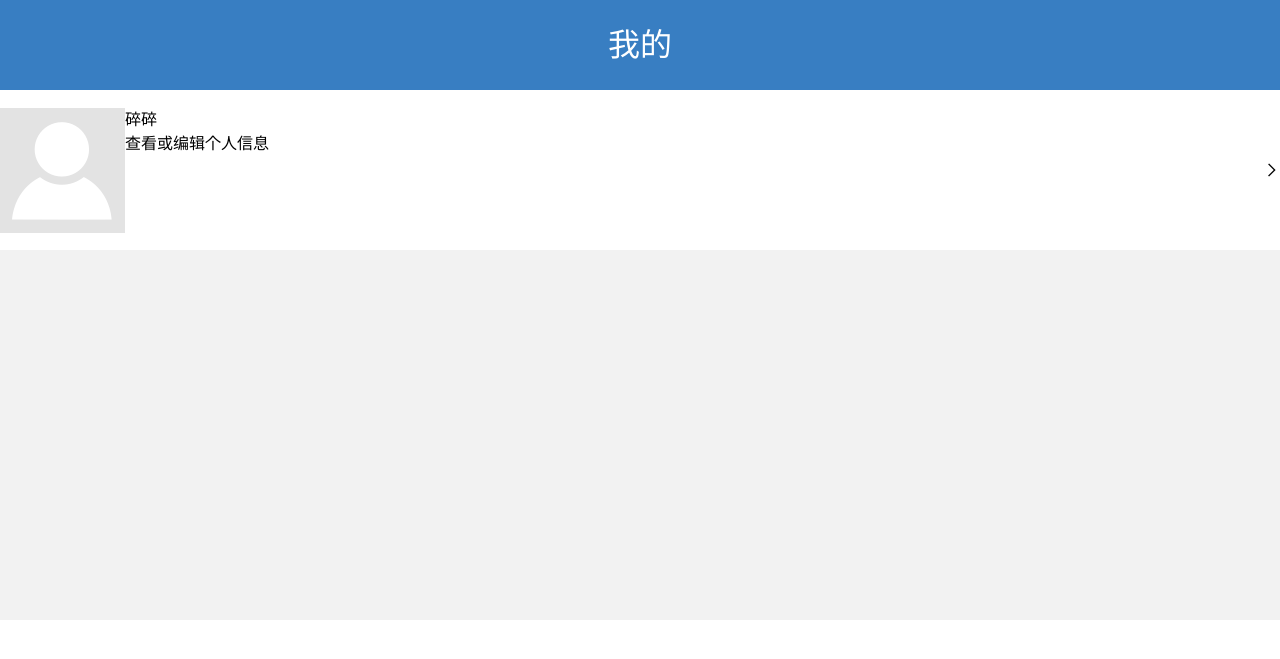
Repository: A1LExX/H5_study_set
Page: myProfile/index.html
An editor plug-in stored every save of this project. The page is shown before and after the next save, followed by the edit.
The browser window is 1280 px wide. The pictures show the whole page.

Above is the page before, as saved 2021-07-12 20:12:30.

After the next save:
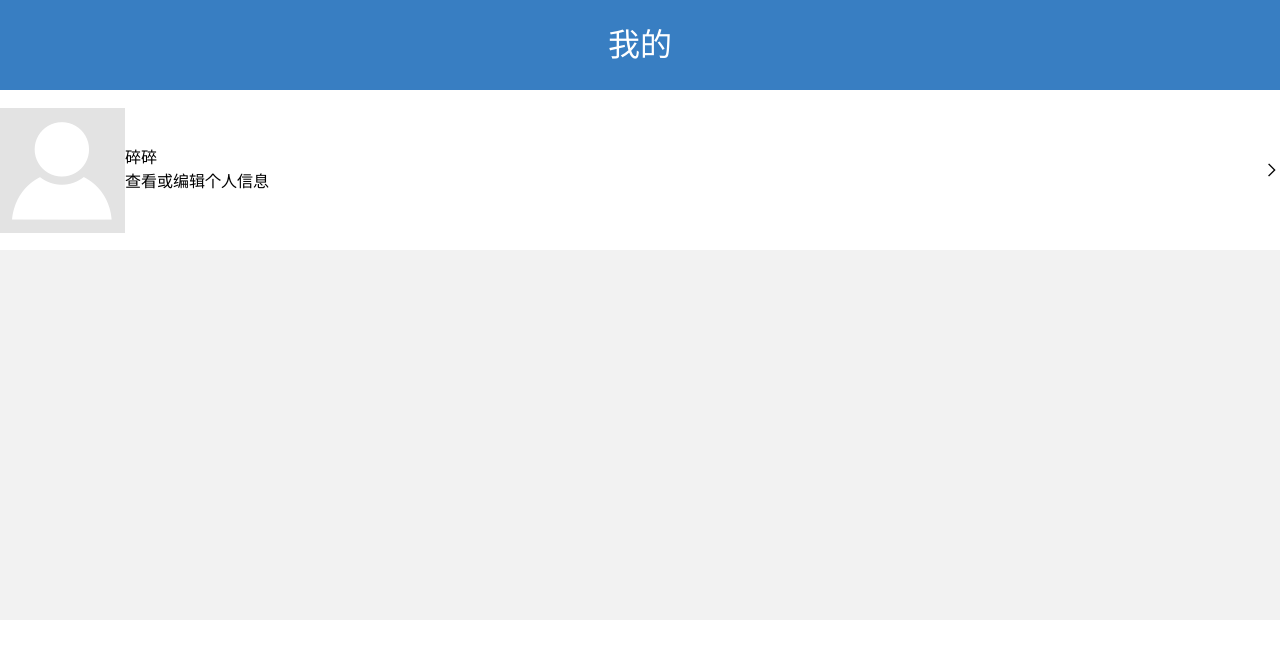
Saved 11 s later.
--- a/myProfile/css/index.css
+++ b/myProfile/css/index.css
@@ -2,7 +2,7 @@
  * @author [Alex Wei]
  * @email [w2262196@outlook.com]
  * @create date 2021-07-12 19:23:21
- * @modify date 2021-07-12 20:12:30
+ * @modify date 2021-07-12 20:12:41
  * @desc [description]
  */
 html, body{
@@ -58,6 +58,7 @@ body{
 .profileLeft{
     display: flex;
     justify-content: space-between;
+    align-items: center;
 }
 
 .profileWord span:last-child{
